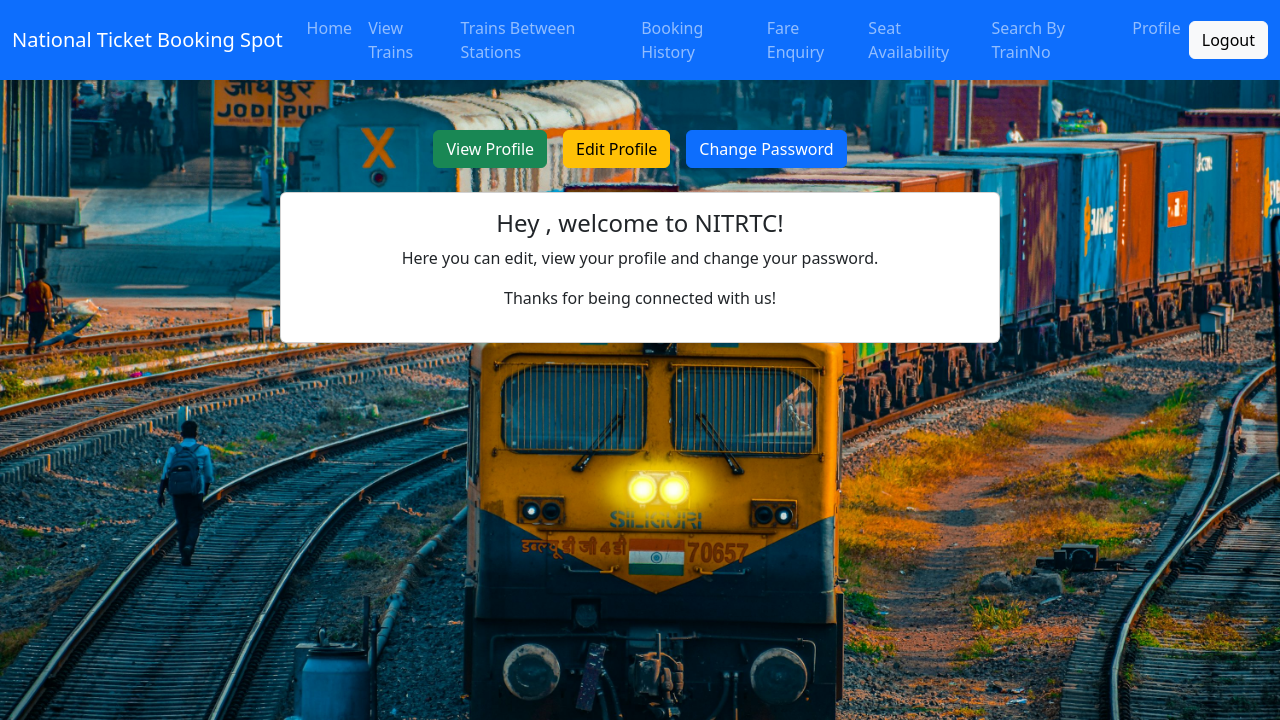
Repository: PrathamSahani/TMS-Sprint2
Page: http://localhost/TMS/UserHome.jsp
An editor plug-in stored every save of this project. The page is shown before and after the next save, followed by the edit.
The browser window is 1280 px wide. The pictures show the whole page.
The page is served by Tomcat 10. Other server files are loaded and not shown.

Above is the page before, as saved 2025-04-25 19:03:34.

### Update/TMS/src/main/webapp/UserHome.jsp
<%@ page language="java" contentType="text/html; charset=UTF-8" pageEncoding="UTF-8"%>
<!DOCTYPE html>
<html>
<head>
  <meta charset="UTF-8">
  <title>Profile - National Ticket Booking Spot</title>
  <link href="https://cdn.jsdelivr.net/npm/bootstrap@5.3.0/dist/css/bootstrap.min.css" rel="stylesheet">
</head>
  <style>
    body {
      background: url('<%= request.getContextPath() %>/OP.jpeg') no-repeat center center fixed;
      background-size: cover;
    }
  </style>

<body class="d-flex flex-column min-vh-100">
  <!-- Navbar -->
  <nav class="navbar navbar-expand-lg navbar-dark bg-primary">
    <div class="container-fluid">
      <a class="navbar-brand" href="#">National Ticket Booking Spot</a>
      <button class="navbar-toggler" type="button" data-bs-toggle="collapse" data-bs-target="#navbarNav">
        <span class="navbar-toggler-icon"></span>
      </button>
      <div class="collapse navbar-collapse" id="navbarNav">
        <ul class="navbar-nav me-auto mb-2 mb-lg-0">
          <li class="nav-item"><a class="nav-link" href="${pageContext.request.contextPath}/userhome">Home</a></li>
          <li class="nav-item"><a class="nav-link" href="${pageContext.request.contextPath}/userviewtrainfwd">View Trains</a></li>
          <li class="nav-item"><a class="nav-link" href="${pageContext.request.contextPath}/trainbwstnfwd">Trains Between Stations</a></li>
          <li class="nav-item"><a class="nav-link" href="${pageContext.request.contextPath}/bookingdetails">Booking History</a></li>
          <li class="nav-item"><a class="nav-link" href="${pageContext.request.contextPath}/fareenqfwd">Fare Enquiry</a></li>
          <li class="nav-item"><a class="nav-link" href="${pageContext.request.contextPath}/useravailfwd">Seat Availability</a></li>
          <li class="nav-item"><a class="nav-link" href="${pageContext.request.contextPath}/usersearchtrain">Search By TrainNo</a></li>
          <li class="nav-item"><a class="nav-link" href="${pageContext.request.contextPath}/userhome">Profile</a></li>
        </ul>
        <div class="d-flex">
          <a class="btn btn-light" href="${pageContext.request.contextPath}/userlogout">Logout</a>
        </div>
      </div>
    </div>
  </nav>

  <main class="flex-fill">
    <div class="container d-flex flex-column justify-content-center align-items-center" style="margin-top:50px">
      <!-- optional alert -->


      <!-- action buttons -->
      <div class='d-flex justify-content-center mb-4 w-100'>
        <a href='${pageContext.request.contextPath}/viewuserprofile' class='btn btn-success mx-2'>View Profile</a>
        <a href='${pageContext.request.contextPath}/edituserprofile' class='btn btn-warning mx-2'>Edit Profile</a>
        <a href='${pageContext.request.contextPath}/changeuserpassword' class='btn btn-primary mx-2'>Change Password</a>
      </div>

      <!-- welcome card -->
      <div class='row justify-content-center w-100'>
        <div class='col-md-8'>
          <div class='card shadow-sm'>
            <div class='card-body text-center'>
              <h4>Hey ${userName}, welcome to NITRTC!</h4>
              <p>Here you can edit, view your profile and change your password.</p>
              <p>Thanks for being connected with us!</p>
            </div>
          </div>
        </div>
      </div>
    </div>
  </main>

 <br><br>

  <script src="https://cdn.jsdelivr.net/npm/bootstrap@5.3.0/dist/js/bootstrap.bundle.min.js"></script>
</body>
</html>

After the next save:
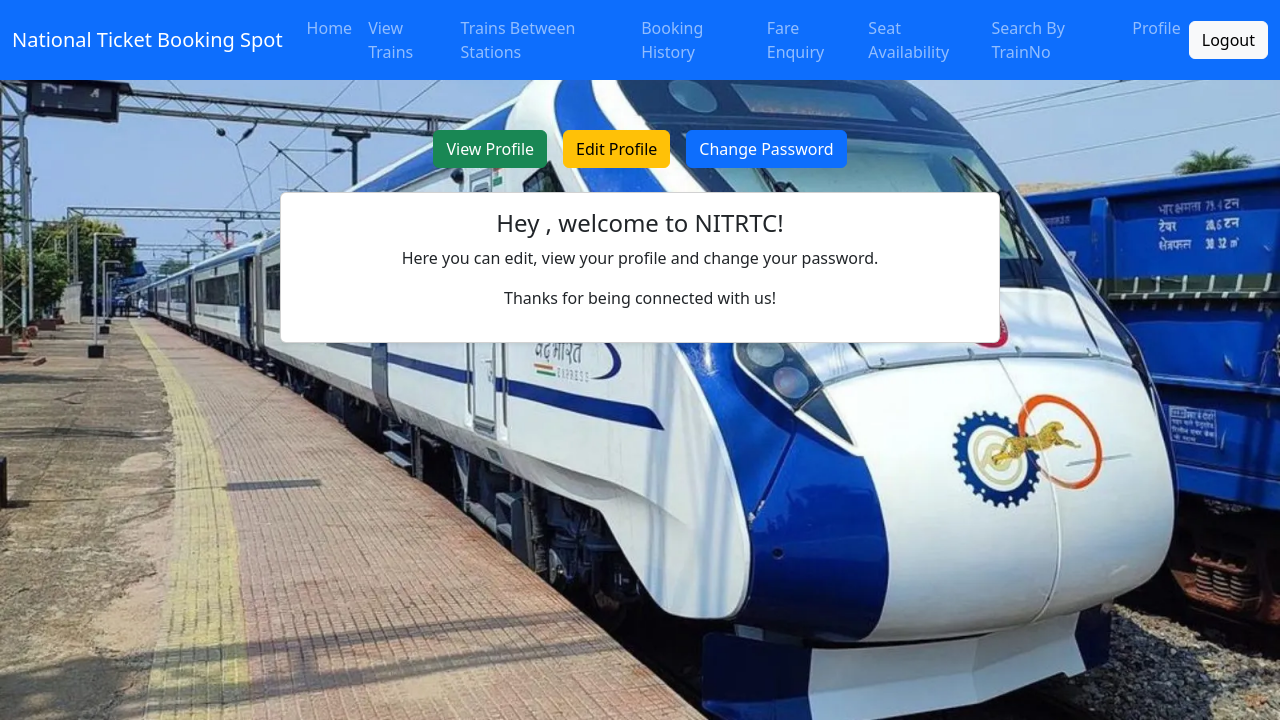
Saved 4 min 38 s later.
--- a/Update/TMS/src/main/webapp/UserHome.jsp
+++ b/Update/TMS/src/main/webapp/UserHome.jsp
@@ -8,7 +8,7 @@
 </head>
   <style>
     body {
-      background: url('<%= request.getContextPath() %>/OP.jpeg') no-repeat center center fixed;
+      background: url('<%= request.getContextPath() %>/vande.webp') no-repeat center center fixed;
       background-size: cover;
     }
   </style>
